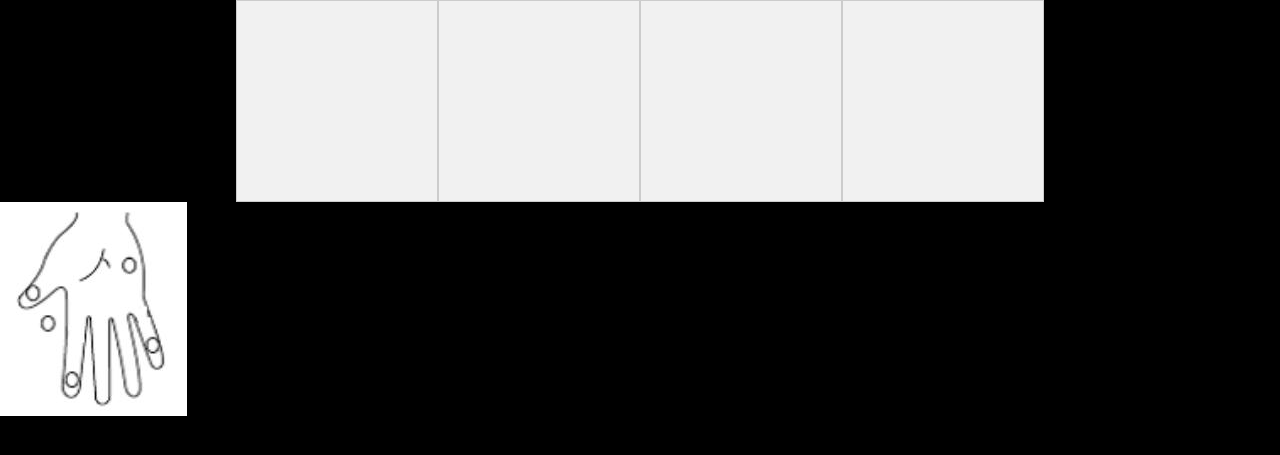
Repository: amdreew/graficosLepra
Page: inddex.html
These files come from the project's save history. The page is drawn as it stood at one moment and after the next save; the edit follows.
The browser window is 1280 px wide. The pictures show the whole page.

Above is the page before, as saved 2020-10-22 11:48:49.

### inddex.html
<!DOCTYPE html>
<html lang="en">
<head>
    <meta charset="UTF-8">
    <meta name="viewport" content="width=device-width, initial-scale=1.0">
    <title>Document</title>
    <link rel="stylesheet" href="main.css">
</head>
<body>


    <div class="contenedor">
        <div class="img-tanner item-img imgMd"></div>
        <div class="img-tanner item-img imgMI"></div>
        <div class="img-tanner item-img imgPd"></div>
        <div class="img-tanner item-img imgPI"></div>
    </div>

    <div class="manoDer">
        <img src="img/manoDer.png" usemap="#image-map">
        <map name="image-map">
            <area target="" alt="1" title="1" href="#" coords="33,92,10" shape="circle">
            <area target="" alt="2" title="2" href="#" coords="129,63,10" shape="circle">
            <area target="" alt="3" title="3" href="#" coords="72,178,10" shape="circle">
            <area target="" alt="4" title="4" href="#" coords="154,143,10" shape="circle">
            <area target="" alt="5" title="5" href="#" coords="48,120,10" shape="circle">
        </map>
    </div>

</body>
</html>

### main.css
*{
    margin: 0;
    padding: 0;
}

body {
    background-color: black;
}

.contenedor {
    display: flex;
    flex-wrap: wrap;
    justify-content: center;
}

.item-img{
    background-color: #f1f1f1;
    min-width: 200px;
    min-height: 200px;
    margin: 0;
    text-align: center;
    line-height: 75px;
    border: 1px solid #CCCCCC;
}

After the next save:
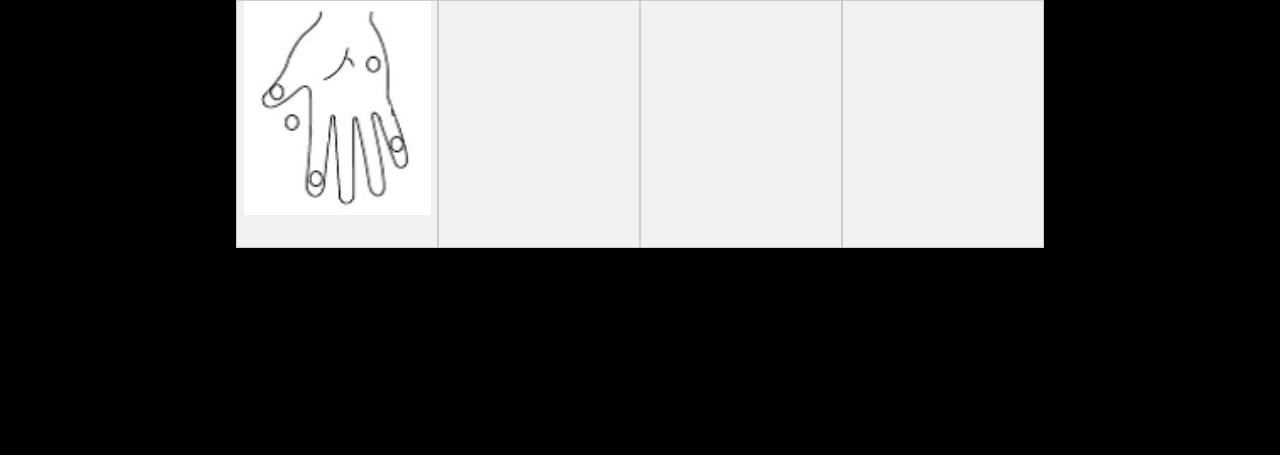
Saved 66 s later.
--- a/inddex.html
+++ b/inddex.html
@@ -10,21 +10,25 @@
 
 
     <div class="contenedor">
-        <div class="img-tanner item-img imgMd"></div>
-        <div class="img-tanner item-img imgMI"></div>
-        <div class="img-tanner item-img imgPd"></div>
-        <div class="img-tanner item-img imgPI"></div>
-    </div>
+        <div class="img-tanner item-img">
+            <img src="img/manoDer.png" usemap="#image-map">
+            <map name="image-map">
+                <area target="" alt="1" title="1" href="#" coords="33,92,10" shape="circle">
+                <area target="" alt="2" title="2" href="#" coords="129,63,10" shape="circle">
+                <area target="" alt="3" title="3" href="#" coords="72,178,10" shape="circle">
+                <area target="" alt="4" title="4" href="#" coords="154,143,10" shape="circle">
+                <area target="" alt="5" title="5" href="#" coords="48,120,10" shape="circle">
+            </map>
+        </div>
+        <div class="img-tanner item-img">
 
-    <div class="manoDer">
-        <img src="img/manoDer.png" usemap="#image-map">
-        <map name="image-map">
-            <area target="" alt="1" title="1" href="#" coords="33,92,10" shape="circle">
-            <area target="" alt="2" title="2" href="#" coords="129,63,10" shape="circle">
-            <area target="" alt="3" title="3" href="#" coords="72,178,10" shape="circle">
-            <area target="" alt="4" title="4" href="#" coords="154,143,10" shape="circle">
-            <area target="" alt="5" title="5" href="#" coords="48,120,10" shape="circle">
-        </map>
+        </div>
+        <div class="img-tanner item-img">
+
+        </div>
+        <div class="img-tanner item-img">
+
+        </div>
     </div>
 
 </body>
